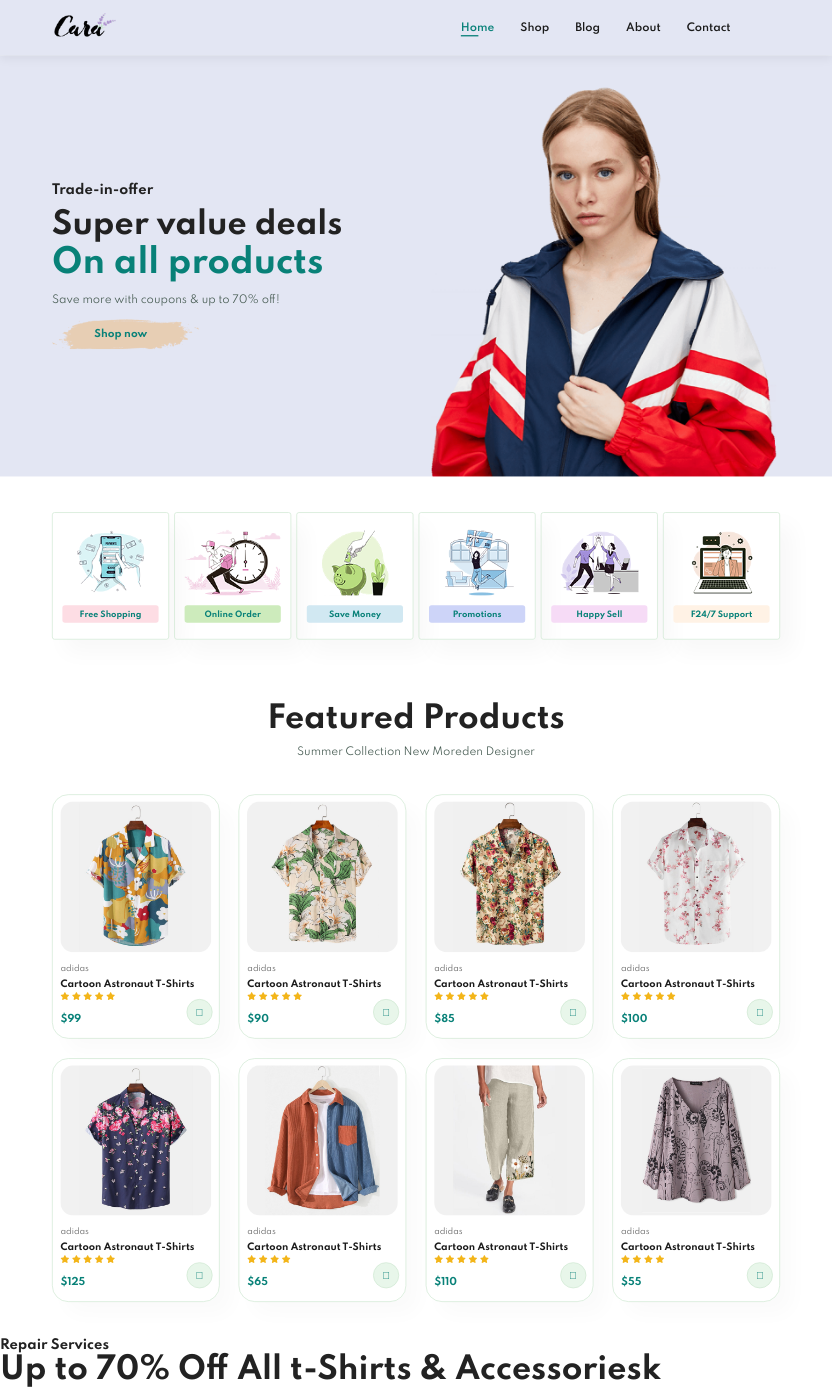
Repository: MinhNhatIT2901/Ecommerce
Page: index.html
These files come from the project's save history. The page is drawn as it stood at one moment and after the next save; the edit follows.
The browser window is 1280 px wide. The pictures show the whole page, at 65% of full size.
Some web libraries are served in a nearby version.

Above is the page before, as saved 2022-01-08 00:09:30.

After the next save:
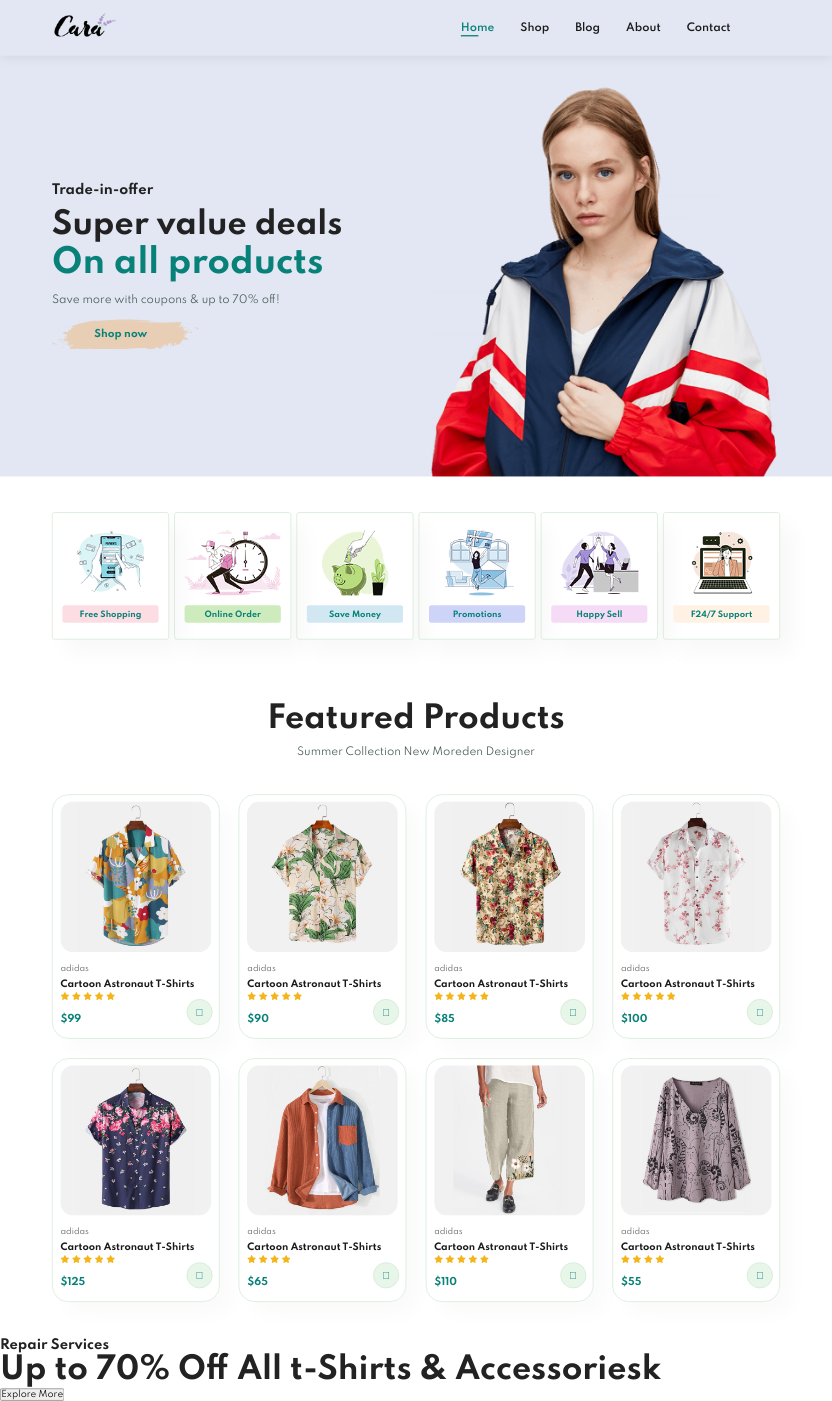
Saved 57 s later.
--- a/index.html
+++ b/index.html
@@ -196,7 +196,8 @@
 
     <section id="banner">
         <h4>Repair Services </h4>
-        <h2>Up to 70% Off All t-Shirts & Accessoriesk </h2>
+        <h2>Up to <span>70% Off</span> All t-Shirts & Accessoriesk </h2>
+        <button>Explore More</button>
     </section>
     <script src="style.js"></script>
 </body>
